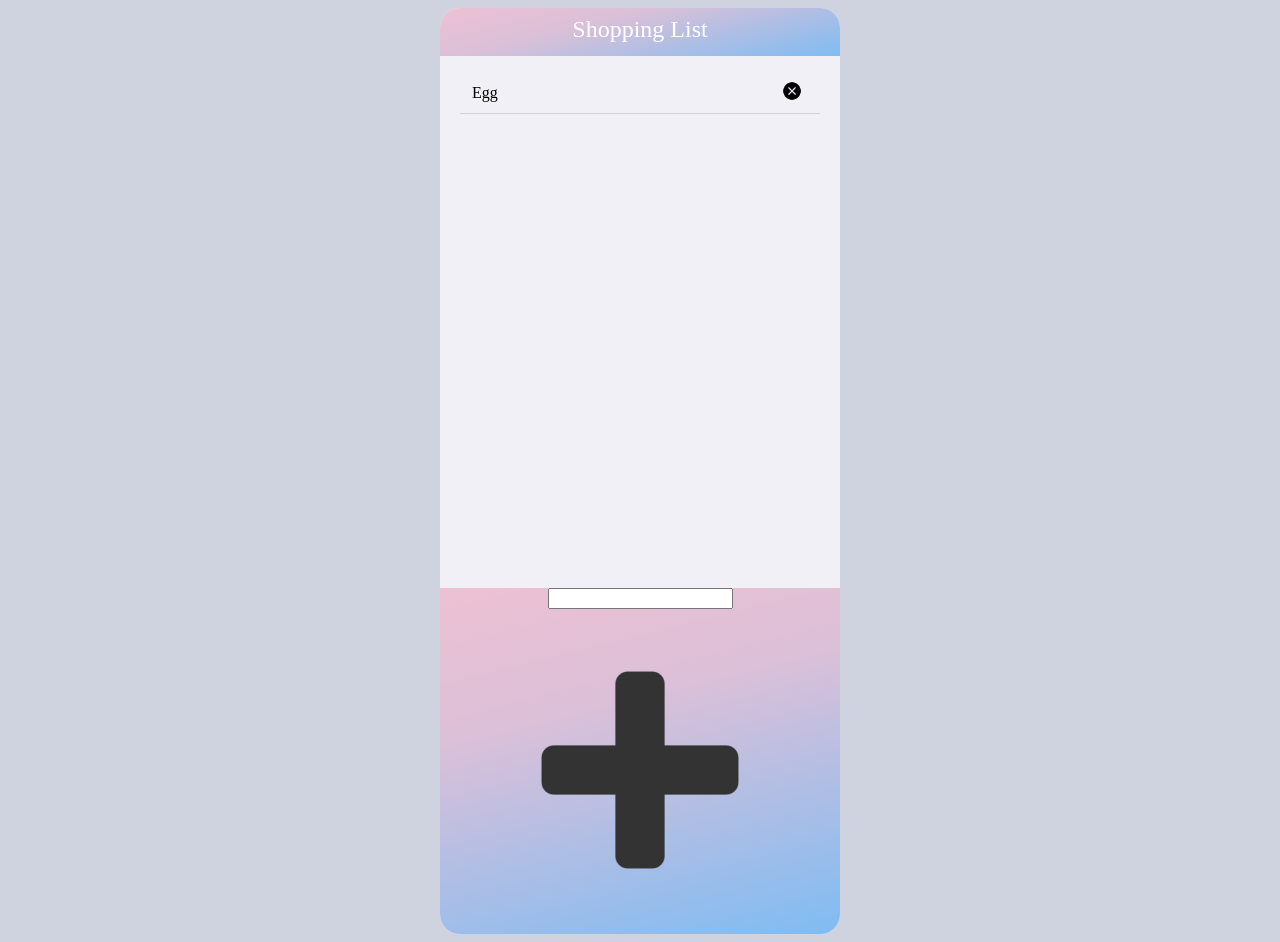
Repository: yoon-dh/JS_Prac
Page: shopping_list/shopping_list.html
These files come from the project's save history. The page is drawn as it stood at one moment and after the next save; the edit follows.
The browser window is 1280 px wide. The pictures show the whole page.

Above is the page before, as saved 2023-06-21 22:22:47.

### shopping_list/shopping_list.html
<!DOCTYPE html>
<html lang="en">
  <head>
    <meta charset="UTF-8" />
    <meta http-equiv="X-UA-Compatible" content="IE=edge" />
    <meta name="viewport" content="width=device-width, initial-scale=1.0" />
    <title>Document</title>
    <link rel="stylesheet" href="style.css" />
    <script src="main.js" defer></script>
  </head>
  <body>
    <section class="list">
      <header class="header">Shopping List</header>
      <ul class="items">
        <li class="item_row">
          <div class="item">
            <span class="item_name">Egg</span>
            <button class="item_delete_btn">
              <img class="item_delete" src="image/delete-button.png" alt="" />
            </button>
          </div>
          <div class="item_divider"></div>
        </li>
      </ul>
      <footer class="footer">
        <input class="footer_input" type="text" />
        <button class="footer_button">
          <img class="item_plus" src="image/plus-icon-black-2.png" alt="" />
        </button>
      </footer>
    </section>
  </body>
</html>

### shopping_list/style.css
* {
  box-sizing: border-box;
}

ul {
  padding: 0;
}

body {
  background-color: #ced3df;
  text-align: center;
}

button {
  outline: none;
  border: none;
  background: transparent;
  cursor: pointer;
}

.list {
  width: 400px;
  margin: auto;
  background-color: #f1f0f7;
  border-radius: 20px;
}

.header {
  height: 48px;
  padding: 8px;
  font-size: 24px;
  background: rgba(237, 193, 211);
  background: linear-gradient(
    166deg,
    rgba(237, 193, 211, 1) 0%,
    rgba(219, 192, 216, 1) 35%,
    rgba(127, 188, 242, 1) 100%
  );
  border-radius: 20px 20px 0px 0px;
  color: white;
}

.items {
  height: 500px;
  overflow-y: auto;
}

.item {
  display: flex;
  justify-content: space-between;
  padding: 8px 32px;
  align-items: center;
}

.item_divider {
  width: 90%;
  height: 1px;
  background-color: lightgray;
  margin: auto;
}

.item_delete {
  width: 20px;
  height: 20px;
}

.footer {
  background: rgba(237, 193, 211);
  background: linear-gradient(
    166deg,
    rgba(237, 193, 211, 1) 0%,
    rgba(219, 192, 216, 1) 35%,
    rgba(127, 188, 242, 1) 100%
  );

  border-radius: 0px 0px 20px 20px;
}

Loaded but not shown: shopping_list/main.js (no copy from this time; the picture is the same without it)

After the next save:
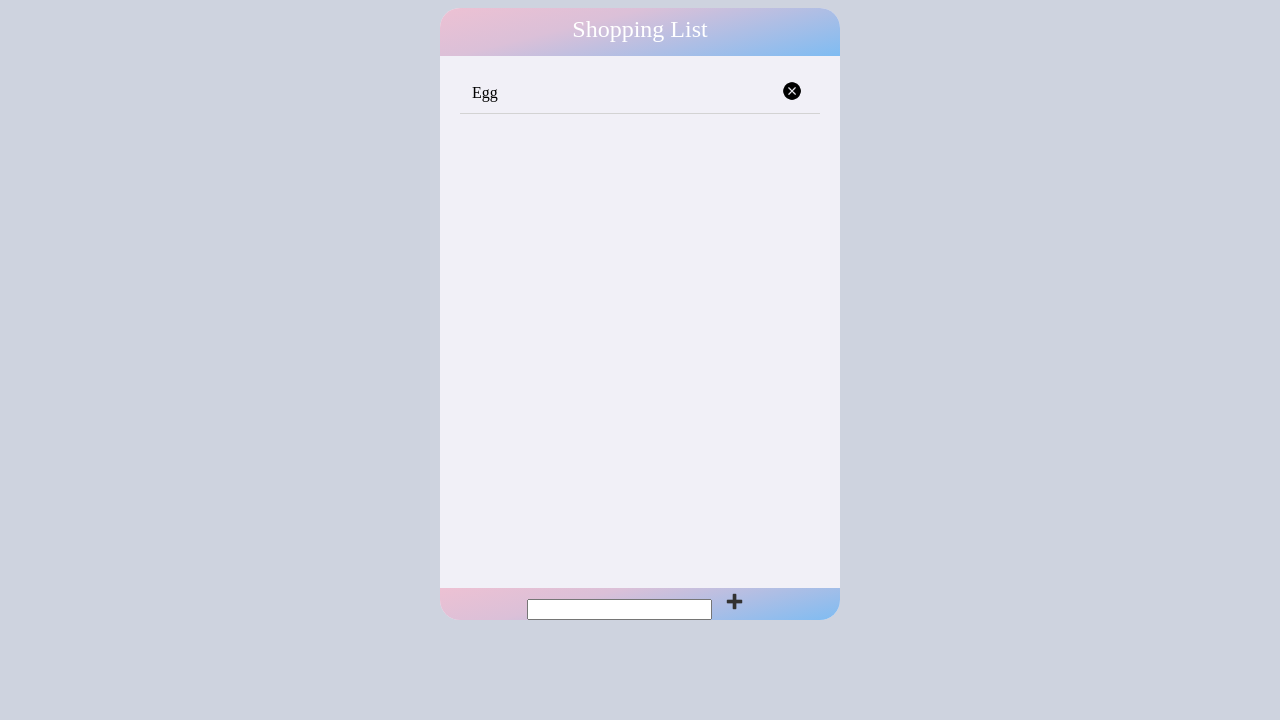
Saved 9 s later.
--- a/shopping_list/style.css
+++ b/shopping_list/style.css
@@ -64,6 +64,11 @@ button {
   height: 20px;
 }
 
+.item_plus {
+  width: 25px;
+  height: 25px;
+}
+
 .footer {
   background: rgba(237, 193, 211);
   background: linear-gradient(
